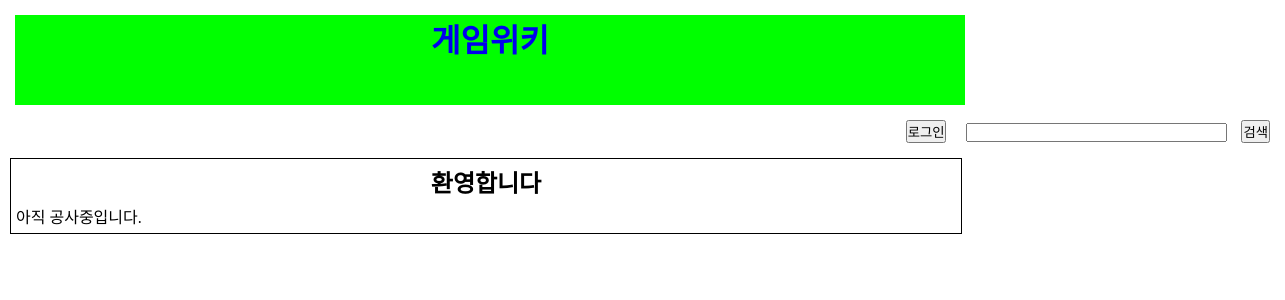
Repository: sithslord/GameWiki
Page: http://localhost/JSPBoard/MainPage/Main.jsp
The author's editor kept a copy of each file at every save. The page is drawn from the files as they stood at one save, then again after the next save.
The browser window is 1280 px wide. The page is 1285 px wide, so the pictures cover 1285 px, including what lies to the right of the window. The pictures show the whole page.
The page is served by Tomcat 9.

Above is the page before, as saved 2018-01-12 02:08:09.

After the next save:
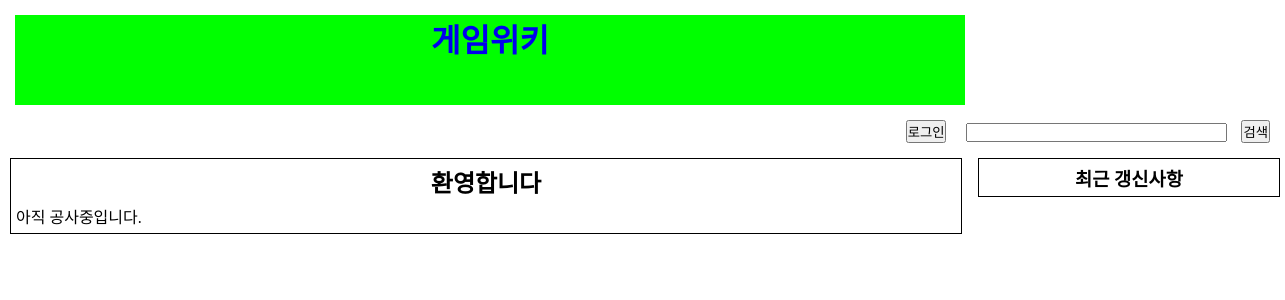
Saved 2 min 53 s later.
--- a/ReWork/JSPBoard/WebContent/MainPage/Main.jsp
+++ b/ReWork/JSPBoard/WebContent/MainPage/Main.jsp
@@ -37,6 +37,13 @@ body{
 
 }
 
+#news{
+	float: right;
+	width: 300px;
+	height: auto;
+	border: 1px solid black;
+}
+
 .hyper{
 	link{text-decoration:none; color:black;}
 	visitied{text-decoration:none; color:black;}
@@ -71,6 +78,10 @@ body{
 
 	</div>
 
+	<div id="news">
+		<h3 align="center">최근 갱신사항</h3>
+	</div>
+
 
 
 </body>
